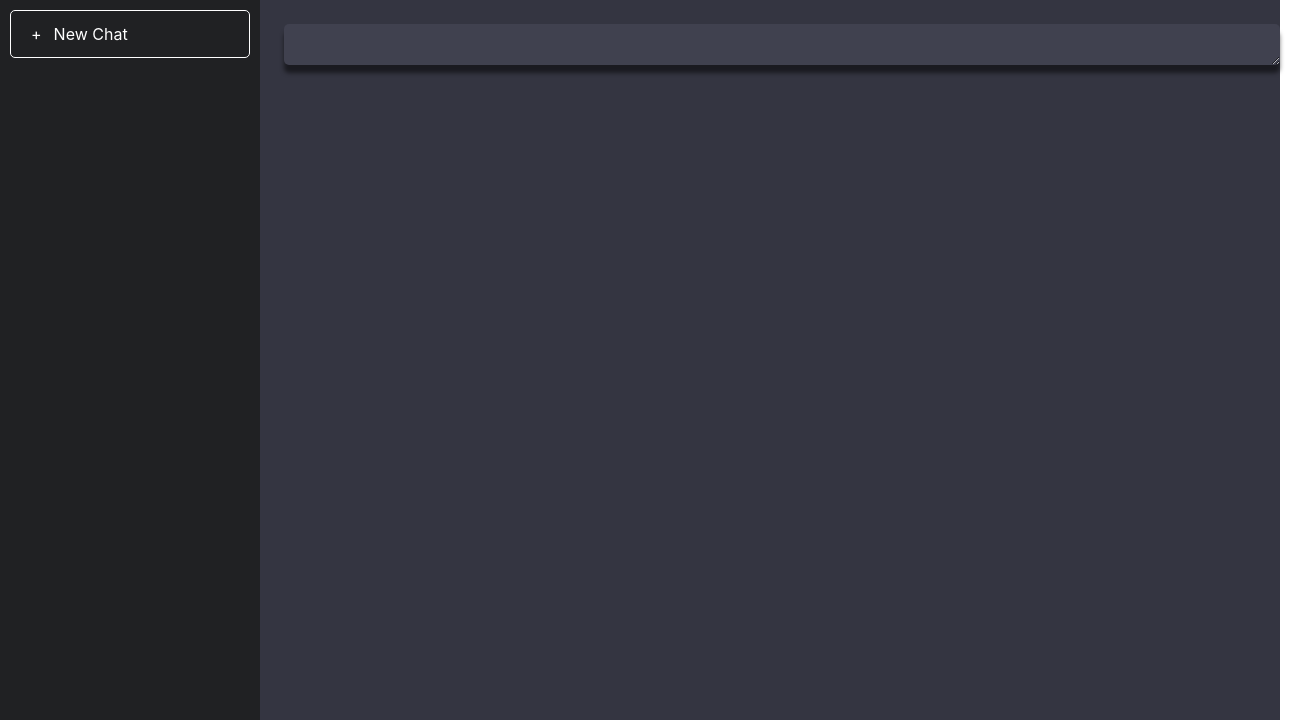
Repository: lancenigel/ChatGPT-Clone
Page: / (app in client/)
The author's editor kept a copy of each file at every save. The page is drawn from the files as they stood at one save, then again after a run of saves.
The browser window is 1280 px wide. The page is 1292 px wide, so the pictures cover 1292 px, including what lies to the right of the window. The pictures show the whole page.
The project was rebuilt for these pictures with package versions that can differ from the ones it lists, and the page was loaded fresh each time.

Above is the page before, as saved 2024-02-04 00:29:27.

### client/src/App.js
import logo from "./logo.svg";
import "./App.css";
import "./normalize.css";

function App() {
  return (
    <div className="App">
      <aside className="sidemenu">
        <div className="sidemenu-button">
          <span className="sidemenu-button-span">+</span>
          New Chat
        </div>
      </aside>
      <section className="chatbox">
        <div className="chat-input-holder">
          <textarea className="chat-input-textarea"></textarea>
        </div>
      </section>
    </div>
  );
}

export default App;

### client/src/App.css
.App {
  text-align: center;
  display: flex;
  background-color: #282c34;
  color: white;
  position: absolute;
  top:0;bottom:0;right:0;left:0;
}

.chatbox {
  flex: 1;
  background-color: #343541;
}

.chat-input-holder {
  padding: 12px;

}

.chat-input-textarea{
  background-color: #40414f;
  width: 100%;
  border-radius: 5px;
  border: none;
  margin: 12px;
  outline: none;
  box-shadow: 0 8px 4px 0 rgb(0,0,0, 0.5);
}

.sidemenu {
  width: 260px;
  padding: 10px;
  background-color: #202123;
}

.sidemenu-button {
  border: 1px solid white;
  padding: 14px;
  border-radius: 5px;
  text-align: left;
  transition: ease 0.2s all;
}

.sidemenu-button:hover {
  background-color: rgb(255, 255, 255, 0.1);
}

.sidemenu-button-span{
  padding-left: 6px;
  padding-right: 12px;
}

.App-logo {
  height: 40vmin;
  pointer-events: none;
}

@media (prefers-reduced-motion: no-preference) {
  .App-logo {
    animation: App-logo-spin infinite 20s linear;
  }
}

.App-header {
  background-color: #282c34;
  min-height: 100vh;
  display: flex;
  flex-direction: column;
  align-items: center;
  justify-content: center;
  font-size: calc(10px + 2vmin);
  color: white;
}

.App-link {
  color: #61dafb;
}


@keyframes App-logo-spin {
  from {
    transform: rotate(0deg);
  }
  to {
    transform: rotate(360deg);
  }
}

Loaded but not shown: client/public/index.html (common file); client/src/index.js (common file); client/src/index.css (common file); client/src/reportWebVitals.js (common file); client/src/normalize.css (library)

After the next 2 saves:
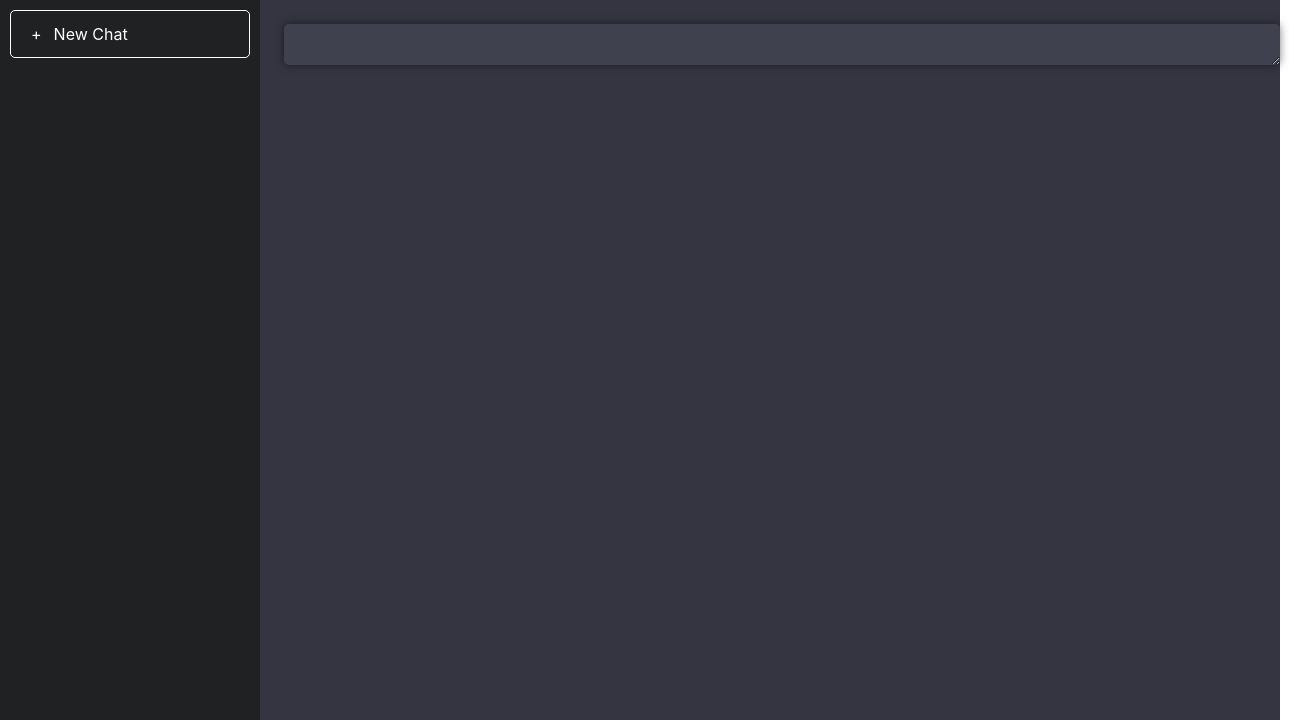
The 2 saves are shown as one change because they came seconds apart.
The last was saved 16 s later.
--- a/client/src/App.css
+++ b/client/src/App.css
@@ -24,7 +24,7 @@
   border: none;
   margin: 12px;
   outline: none;
-  box-shadow: 0 8px 4px 0 rgb(0,0,0, 0.5);
+  box-shadow: 0 0px 8px 0 rgb(0,0,0, 0.5);
 }
 
 .sidemenu {
